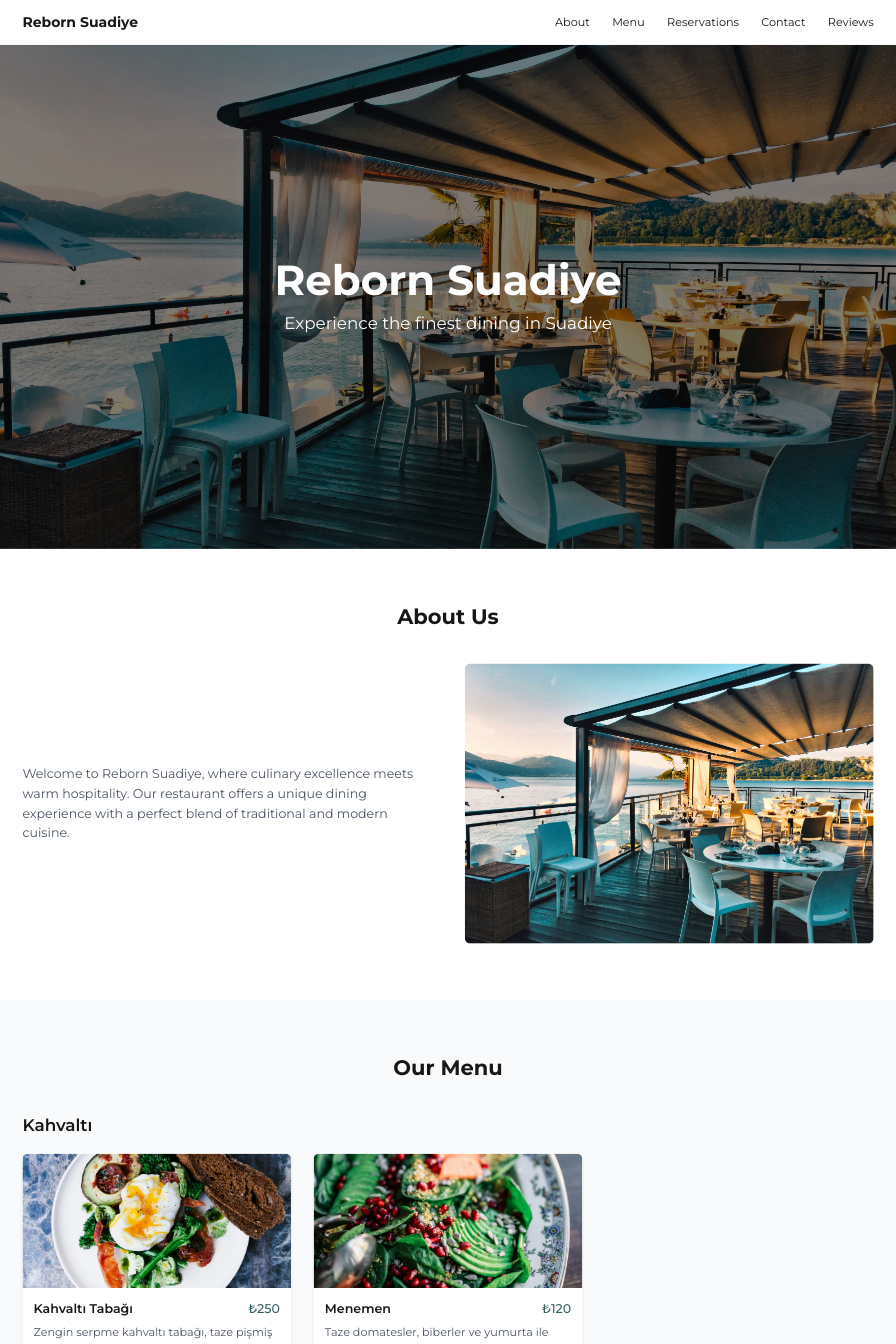
Repository: burakdemirrr/restaurant-website
Page: /
An editor plug-in stored every save of this project. The page is shown before and after the next save, followed by the edit.
The browser window is 1280 px wide. The pictures show the part of the page from y = 0 to 1920 px (the page is 5584 px tall before and 5624 px after), at 70% of full size.
The page's requests for data from a server got no answer. Some web fonts or font styles are not loaded; a fallback is used. The project was rebuilt for these pictures with package versions that can differ from the ones it lists, and the page was loaded fresh each time. The framework's server and built-in components were replaced by stand-ins that run in the browser. No one was signed in, and anything a server would have sent is missing. Also part of the build but not shown: next.config.ts.

Above is the page before, as saved 2025-01-06 14:42:34.

After the next save:
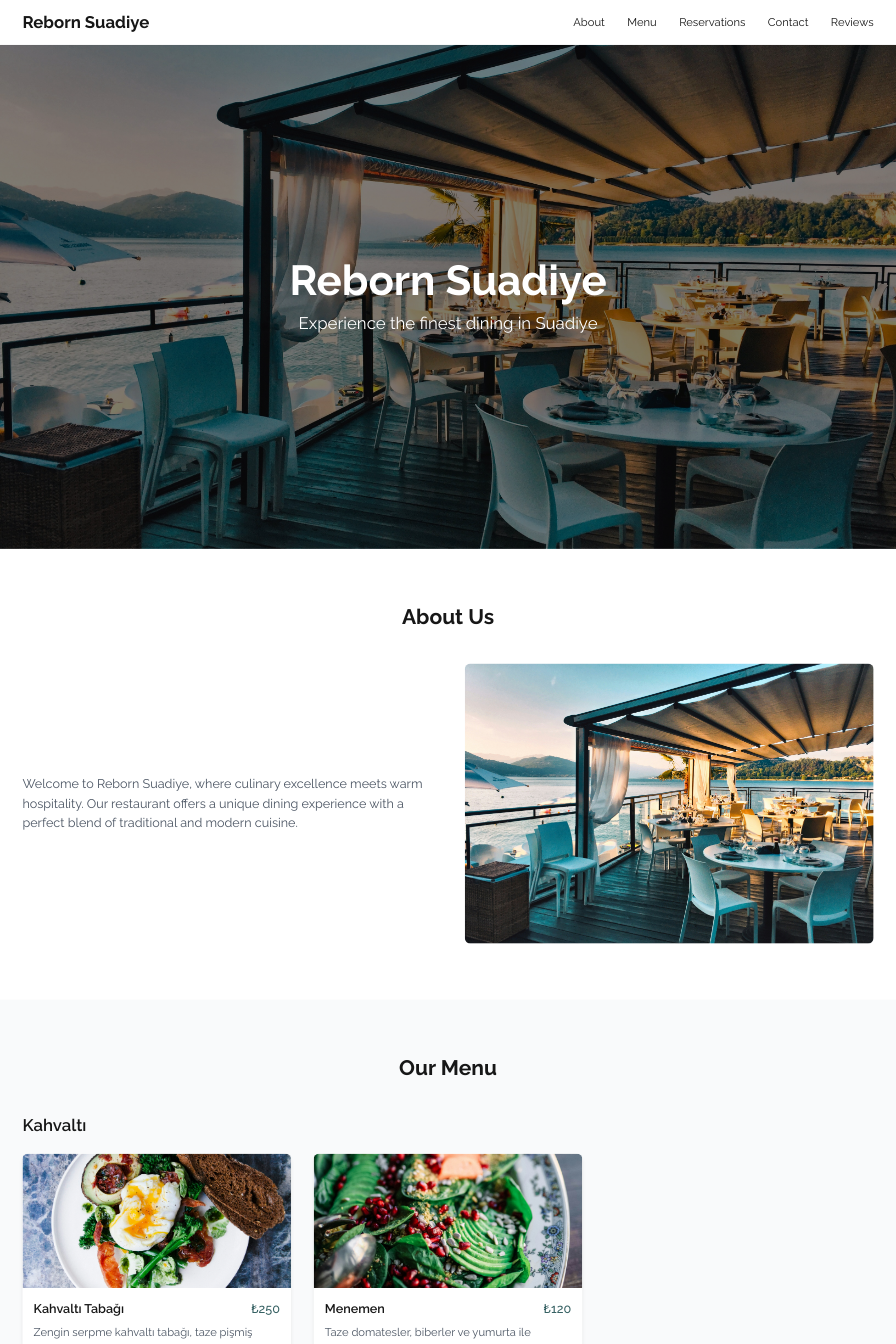
Saved 28 s later.
--- a/src/app/layout.tsx
+++ b/src/app/layout.tsx
@@ -1,16 +1,18 @@
 import type { Metadata } from "next";
-import { Playfair_Display, Montserrat } from "next/font/google";
+import { Cormorant_Garamond, Raleway } from "next/font/google";
 import "./globals.css";
 import MobileNav from "@/components/MobileNav";
 
-const playfair = Playfair_Display({
+const cormorant = Cormorant_Garamond({
   subsets: ["latin"],
-  variable: '--font-playfair',
+  variable: '--font-display',
+  display: 'swap',
 });
 
-const montserrat = Montserrat({
+const raleway = Raleway({
   subsets: ["latin"],
-  variable: '--font-montserrat',
+  variable: '--font-sans',
+  display: 'swap',
 });
 
 export const metadata: Metadata = {
@@ -24,20 +26,22 @@ export default function RootLayout({
   children: React.ReactNode
 }) {
   return (
-    <html lang="en" className={`scroll-smooth ${playfair.variable} ${montserrat.variable}`}>
-      <body className={montserrat.className}>
-        <nav className="fixed top-0 w-full bg-white/90 backdrop-blur-sm z-50 shadow-sm transition-all duration-300 hover:bg-white">
+    <html lang="en" className={`scroll-smooth ${cormorant.variable} ${raleway.variable}`}>
+      <body className={`${raleway.className} antialiased`}>
+        <nav className="fixed top-0 w-full bg-white/90 backdrop-blur-sm z-50 shadow-sm transition-all duration-500 hover:bg-white">
           <div className="max-w-7xl mx-auto px-4 sm:px-6 lg:px-8">
             <div className="flex justify-between h-16">
               <div className="flex items-center">
-                <a href="/" className="text-xl font-bold font-playfair hover:text-primary-600 transition-colors">Reborn Suadiye</a>
+                <a href="/" className="text-2xl font-bold font-display hover:text-gold-500 transition-all duration-300 hover:scale-105">
+                  Reborn Suadiye
+                </a>
               </div>
               <div className="hidden sm:flex sm:items-center sm:space-x-8">
-                <a href="#about" className="hover:text-primary-600 transition-colors">About</a>
-                <a href="#menu" className="hover:text-primary-600 transition-colors">Menu</a>
-                <a href="#reservations" className="hover:text-primary-600 transition-colors">Reservations</a>
-                <a href="#contact" className="hover:text-primary-600 transition-colors">Contact</a>
-                <a href="#reviews" className="hover:text-primary-600 transition-colors">Reviews</a>
+                <a href="#about" className="hover:text-gold-500 transition-all duration-300 hover:-translate-y-1">About</a>
+                <a href="#menu" className="hover:text-gold-500 transition-all duration-300 hover:-translate-y-1">Menu</a>
+                <a href="#reservations" className="hover:text-gold-500 transition-all duration-300 hover:-translate-y-1">Reservations</a>
+                <a href="#contact" className="hover:text-gold-500 transition-all duration-300 hover:-translate-y-1">Contact</a>
+                <a href="#reviews" className="hover:text-gold-500 transition-all duration-300 hover:-translate-y-1">Reviews</a>
               </div>
               <MobileNav />
             </div>
@@ -46,18 +50,28 @@ export default function RootLayout({
         <main className="pt-16">
           {children}
         </main>
-        <footer className="bg-primary-900 text-white py-8">
+        <footer className="bg-primary-900 text-white py-12">
           <div className="max-w-7xl mx-auto px-4 sm:px-6 lg:px-8">
             <div className="flex flex-col md:flex-row justify-between items-center">
-              <div className="mb-4 md:mb-0">
-                <h3 className="text-xl font-bold font-playfair">Reborn Suadiye</h3>
-                <p className="mt-2">Experience the finest dining</p>
+              <div className="mb-8 md:mb-0 text-center md:text-left">
+                <h3 className="text-3xl font-bold font-display mb-2">Reborn Suadiye</h3>
+                <p className="text-primary-200 font-light">Experience the finest dining</p>
               </div>
-              <div className="flex space-x-6">
-                <a href="https://instagram.com/reborn.suadiye" target="_blank" rel="noopener noreferrer" className="hover:text-primary-300 transition-colors">
+              <div className="flex space-x-8">
+                <a
+                  href="https://instagram.com/reborn.suadiye"
+                  target="_blank"
+                  rel="noopener noreferrer"
+                  className="text-primary-200 hover:text-gold-300 transition-all duration-300 hover:-translate-y-1"
+                >
                   Instagram
                 </a>
-                <a href="#contact" className="hover:text-primary-300 transition-colors">Contact</a>
+                <a
+                  href="#contact"
+                  className="text-primary-200 hover:text-gold-300 transition-all duration-300 hover:-translate-y-1"
+                >
+                  Contact
+                </a>
               </div>
             </div>
           </div>
